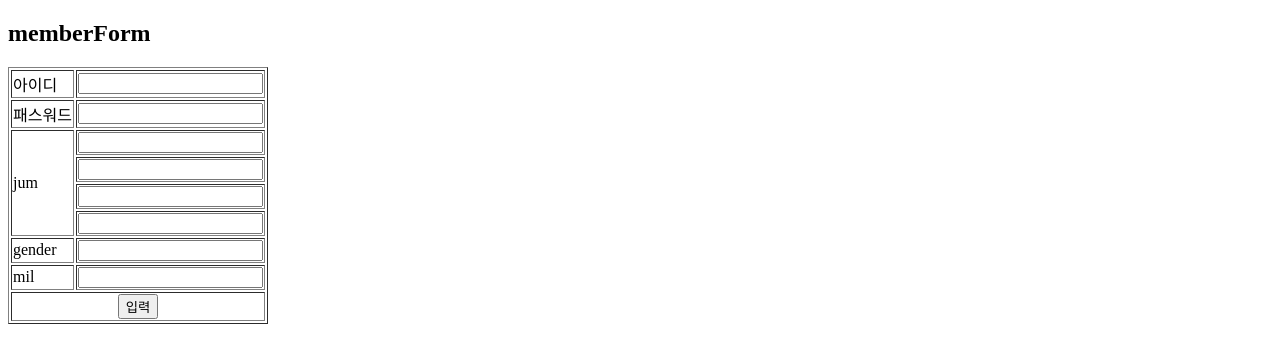
Repository: Yousehyeon/spring_work
Page: stsMvcProj/src/main/webapp/views/req/memberForm.html
The author's editor kept a copy of each file at every save. The page is drawn from the files as they stood at one save, then again after the next save.
The browser window is 1280 px wide. The pictures show the whole page.

Above is the page before, as saved 2023-08-18 07:12:02.

### stsMvcProj/src/main/webapp/views/req/memberForm.html
<!DOCTYPE html>
<html>
<head>
<meta charset="UTF-8">
<title>회원가입이다.</title>
</head>
<body>
<h2>memberForm</h2>
<form action="memberReg" method="post">
	<table border="">
		<tr>
			<td>아이디</td>
			<td><input type="text" name="id" /></td>
		</tr>
		<tr>
			<td>패스워드</td>
			<td><input type="password" name="passwd" /></td>
		</tr>
		<tr>
			<td rowspan="4">jum</td>
			<td><input type="text" name="jum" /></td>
		</tr>
		<tr>

			<td><input type="text" name="jum" /></td>
		</tr>
		<tr>

			<td><input type="text" name="jum" /></td>
		</tr>
		<tr>

			<td><input type="text" name="jum" /></td>
		</tr>
		<tr>
			<td>gender</td>
			<td><input type="text" name="gender" /></td>
		</tr>
		<tr>
			<td>mil</td>
			<td><input type="text" name="mil" /></td>
		</tr>

		<tr>
			<td colspan="2" align="center">
				<input type="submit" value="입력" />
			</td>
		</tr>
	</table>
</form>
</body>
</html>

After the next save:
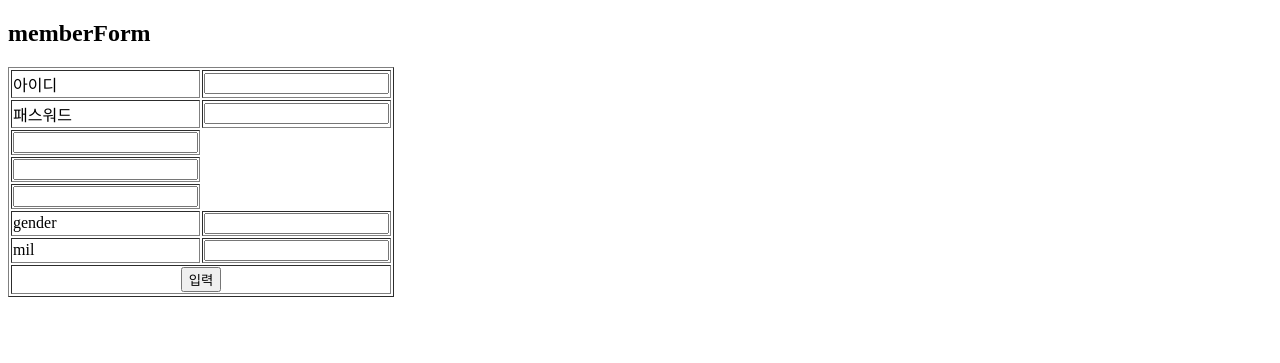
Saved 14 s later.
--- a/stsMvcProj/src/main/webapp/views/req/memberForm.html
+++ b/stsMvcProj/src/main/webapp/views/req/memberForm.html
@@ -17,11 +17,6 @@
 			<td><input type="password" name="passwd" /></td>
 		</tr>
 		<tr>
-			<td rowspan="4">jum</td>
-			<td><input type="text" name="jum" /></td>
-		</tr>
-		<tr>
-
 			<td><input type="text" name="jum" /></td>
 		</tr>
 		<tr>
